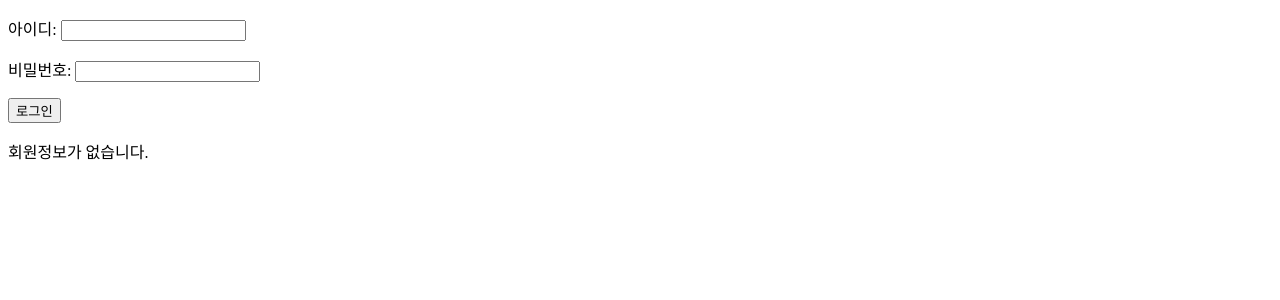
Repository: LeeKukJu/JSP-Study
Page: http://localhost/JSPBook/ch07/totaltest/total_signin_process.jsp
The author's editor kept a copy of each file at every save. The page is drawn from the files as they stood at one save, then again after the next save.
The browser window is 1280 px wide. The pictures show the whole page.
The page is served by Tomcat 9.

Above is the page before, as saved 2023-01-30 08:52:02.

After the next save:
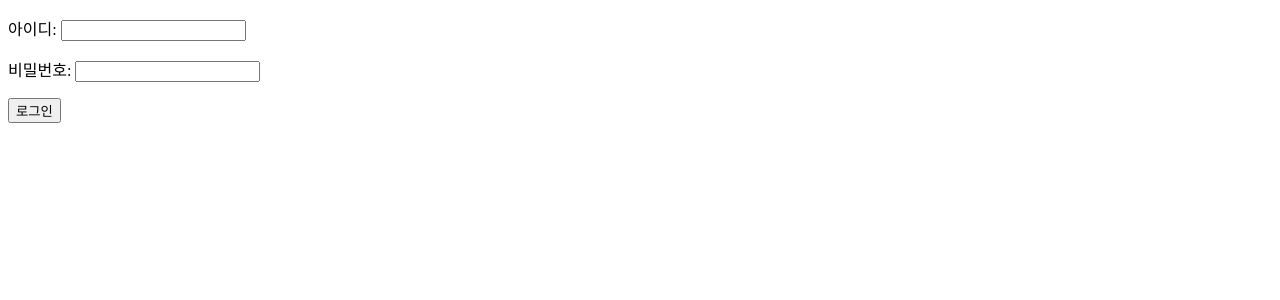
Saved 62 s later.
--- a/JSPBook/WebContent/ch07/totaltest/total_signin.jsp
+++ b/JSPBook/WebContent/ch07/totaltest/total_signin.jsp
@@ -31,7 +31,8 @@
 		<p>비밀번호: <input type="text" name="mem_pw"/> </p>
 		<input type="submit" value="로그인"><br>
 	</form>
-
-		<p>${msg}</p>
+		<c:if test="">
+			<p>${msg}</p>
+		</c:if>
 </body>
 </html>
